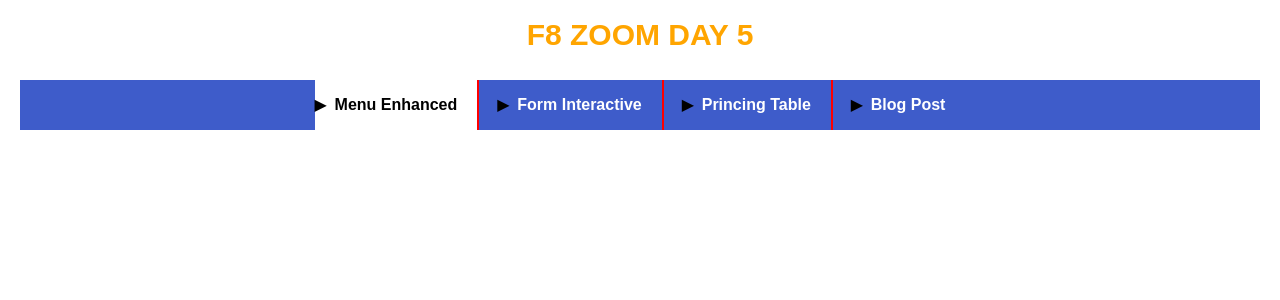
Repository: lannguyen1301/f8-zoom-day-5
Page: index.html
The author's editor kept a copy of each file at every save. The page is drawn from the files as they stood at one save, then again after a run of saves.
The browser window is 1280 px wide. The pictures show the whole page.

Above is the page before, as saved 2025-04-21 20:07:24.

### index.html
<!DOCTYPE html>
<html lang="en">

<head>
    <meta charset="UTF-8">
    <meta name="viewport" content="width=device-width, initial-scale=1.0">
    <title>F8 ZOOM DAY 5</title>
    <link rel="stylesheet" href="./assets/css/reset.css">
    <link rel="stylesheet" href="./assets/css/style.css">
</head>

<body>
    <div class="inner">
        <h1 class="title-desc">F8 ZOOM DAY 5</h1>
        <nav class="navbar">
            <ul class="navbar__list">
                <li class="navbar__item active">
                    <a href="./menu-enhanced.html" class="navbar__link" target="_blank">Menu Enhanced</a>
                </li>
                <li class="navbar__item">
                    <a href="./form-interactive.html" class="navbar__link" target="_blank">Form Interactive</a>
                </li>
                <li class="navbar__item">
                    <a href="./pricing-table.html" class="navbar__link" target="_blank">Princing Table</a>
                </li>
                <li class="navbar__item">
                    <a href="./blog-post.html" class="navbar__link" target="_blank">Blog Post</a>
                </li>
            </ul>
        </nav>
    </div>
</body>

</html>

### assets/css/style.css
* {
    box-sizing: border-box;
}

html {
    font-size: 62.5%;
}

body {
    font-size: 1.6rem;
    font-family: "poppins", sans-serif;
}

/* common*/
a {
    text-decoration: none;
}

.inner {
    margin: 0 auto;
    padding: 20px;
}

.title-desc {
    font-size: 3rem;
    text-align: center;
    font-weight: 900;
    color: orange;
}

.navbar__list {
    display: flex;
    align-items: center;
    justify-content: center;
    margin-top: 30px;
    background-color: #3e5cca;
}

.navbar__item {
    height: 50px;
}

.navbar__link {
    display: inline-block;
    color: #fff;
    line-height: 50px;
    padding: 0 20px;
    font-weight: 700;
    font-size: 1.6rem;
}

.active,
.navbar__list .navbar__item:hover > .navbar__link {
    background-color: #fff;
    color: #000;
}

.active > a {
    color: #000;
}

.navbar__item .navbar__link:active {
    color: rgb(226, 19, 99) !important;
    background-color: orange !important;
}

.navbar__list .navbar__item:not(:last-child) {
    margin-right: 20px;
    /* padding-right: 20px; */
}

.navbar__list .navbar__item::before {
    content: "\25B6";
    position: absolute;
    display: inline-block;
    /* width: 2px;
    height: 50px; */
    line-height: 50px;
    text-align: center;
    /* background-color: red; */
}

.navbar__list .navbar__item:not(:last-child)::after {
    content: "";
    position: absolute;
    display: inline-block;
    width: 2px;
    height: 50px;
    line-height: 50px;
    text-align: center;
    background-color: red;
}

Loaded but not shown: assets/css/reset.css (common file)

After the next 2 saves:
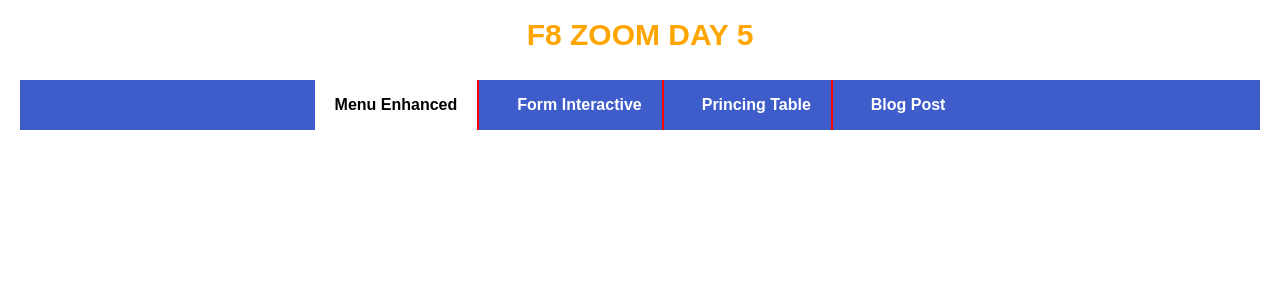
The 2 saves are shown as one change because they came seconds apart.
The last was saved 108 s later.
--- a/assets/css/style.css
+++ b/assets/css/style.css
@@ -69,7 +69,7 @@ a {
     /* padding-right: 20px; */
 }
 
-.navbar__list .navbar__item::before {
+.navbar__list .navbar__item::before  .navbar__item::before {
     content: "\25B6";
     position: absolute;
     display: inline-block;
